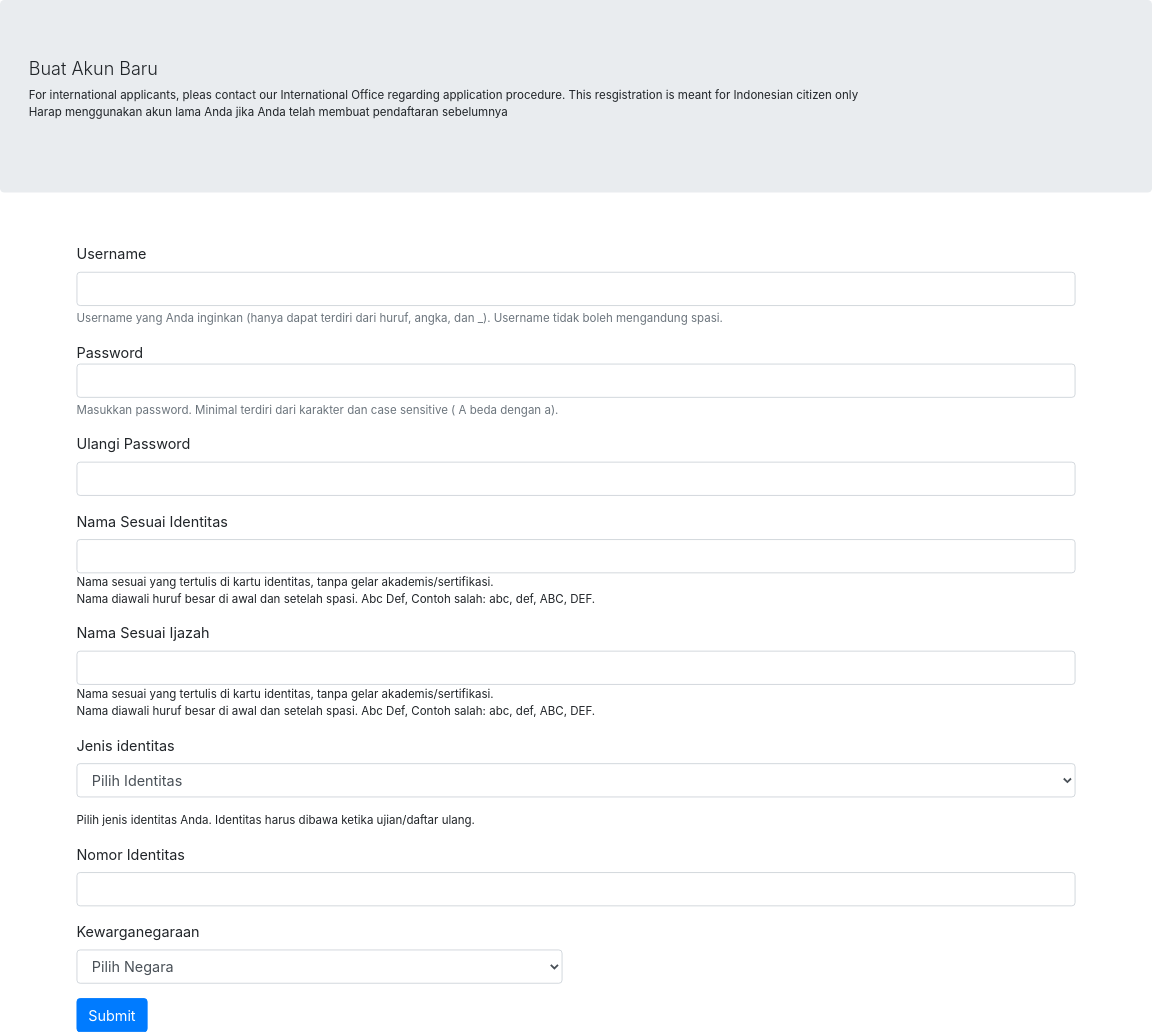
Repository: Irantsitumorang/projectRepo1
Page: BelajarJS/LatihanHTML/WebContent/regist.html
The author's editor kept a copy of each file at every save. The page is drawn from the files as they stood at one save, then again after the next save.
The browser window is 1280 px wide. The pictures show the whole page, at 90% of full size.

Above is the page before, as saved 2021-06-25 06:58:51.

### BelajarJS/LatihanHTML/WebContent/regist.html
<!DOCTYPE html>
<html lang="en">

<head>

    <title> Validasi </title>
    <link rel="stylesheet" href="https://stackpath.bootstrapcdn.com/bootstrap/4.4.1/css/bootstrap.min.css" integrity="sha384-Vkoo8x4CGsO3+Hhxv8T/Q5PaXtkKtu6ug5TOeNV6gBiFeWPGFN9MuhOf23Q9Ifjh" crossorigin="anonymous">

</head>

<body>

    <div class="jumbotron">
        <h1 class="lead"> Buat Akun Baru </h1>
        <p class="small"> For international applicants, pleas contact our International Office regarding application procedure. This resgistration is meant for Indonesian citizen only <br> Harap menggunakan akun lama Anda jika Anda telah membuat pendaftaran sebelumnya
        </p>
    </div>
    <br>


    <div class="container">
        <form>

            <div class="form-group">
                <label for="exampleInputEmail1"> Username </label>
                <input type="text" class="form-control" id="username" aria-describedby="emailHelp">
                <small class="form-text text-muted"> Username
                        yang Anda inginkan (hanya dapat terdiri dari huruf,
                        angka, dan _). Username tidak boleh mengandung spasi.
                    </small>
            </div>

            <div class="form-group">
                <label"> Password </label>
                <input type="password" class="form-control" >
                <small class="form-text text-muted" id="password"> Masukkan
                        password. Minimal terdiri dari karakter dan case
                        sensitive ( A beda dengan a). </small>
            </div>

            <div class="form-group">
                <label> Ulangi Password </label>
                <input type="email" class="form-control" id="ulangi" >
            </div>

            <div class="form-group">
                <label> Nama Sesuai Identitas </label>
                <input type="email" class="form-control" id="identitas" >
                <p class="small"> Nama sesuai yang tertulis di kartu identitas, tanpa gelar akademis/sertifikasi. <br> Nama diawali huruf besar di awal dan setelah spasi. Abc Def, Contoh salah: abc, def, ABC, DEF. </p>
            </div>

            <div class="form-group">
                <label> Nama Sesuai Ijazah </label>
                <input type="text" class="form-control" id="ijazah" >
                <p class="small"> Nama sesuai yang tertulis di kartu identitas, tanpa gelar akademis/sertifikasi. <br> Nama diawali huruf besar di awal dan setelah spasi. Abc Def, Contoh salah: abc, def, ABC, DEF. </p>
            </div>

            <div class="row">
                <div class="col-md-12">
                    <div class="form-group" id="ji">
                        <label> Jenis identitas </label>
                        <Select class="form-control">
                                <option> Pilih Identitas </option>
                                <option> KTP </option>
                                <option> SIM </option>
                                <option> Passpord </option>
                                <option> Lainnya </option>
                            </select>
                    </div>
                    <p class="small"> Pilih jenis identitas Anda. Identitas harus dibawa ketika ujian/daftar ulang. </p>
                </div>
            </div>

            <div class="form-group">
                <label> Nomor Identitas </label>
                <input type="email" class="form-control" id="noidentitas" >
            </div>

            <div class="row">
                <div class="col-md-6">
                    <div class="form-group" id="negara">
                        <label> Kewarganegaraan </label>
                        <Select class="form-control">
                                <option> Pilih Negara </option>
                                <option> Republik Indonesia </option>
                                <option> Wakanda </option>
                                <option> Wkwk Land </option>
                                <option> Lainnya </option>
                            </select>
                    </div>
                </div>
            </div>

            <button type="submit" class="btn btn-primary">Submit</button> <br/>
        </form>

    </div>

</body>

<script type="text/javascript">
    // elemen input
    var Username = document.getElementById("Username");
    var Password = document.getElementById("Password");
    var usia = document.getElementById("usia");
    var gelar = document.getElementById("gelar");

    // red text
    var vNama = document.getElementById("vNama");
    var vAlamat = document.getElementById("vAlamat");
    var vUsia = document.getElementById("vUsia");
    var vGelar = document.getElementById("vGelar");

    // condition
    function validasi() {
        if (nama.value == "") {
            vNama.style.display = "block";
        } else {
            vNama.style.display = "none";
        }

        if (alamat.value == "") {
            vAlamat.style.display = "block";
        } else {
            vAlamat.style.display = "none";
        }

        if (usia.value == "") {
            vUsia.style.display = "block";
        } else {
            vUsia.style.display = "none";
        }

        if (gelar.value == "") {
            vGelar.style.display = "block";
        } else {
            vGelar.style.display = "none";
        }
    }
</script>

</html>

After the next save:
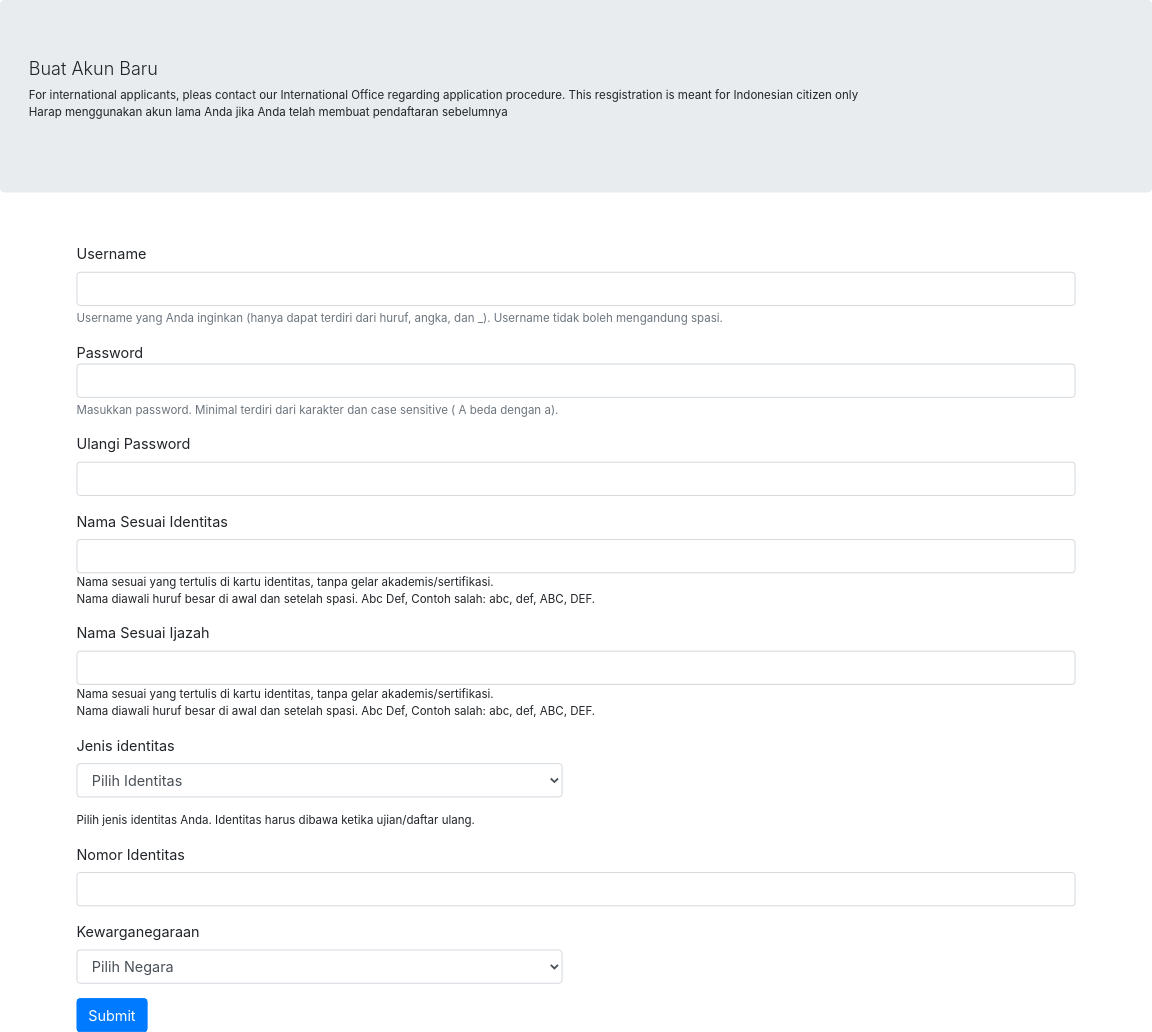
Saved 71 s later.
--- a/BelajarJS/LatihanHTML/WebContent/regist.html
+++ b/BelajarJS/LatihanHTML/WebContent/regist.html
@@ -21,7 +21,7 @@
     <div class="container">
         <form>
 
-            <div class="form-group">
+            <div class="form-group" class="col-md-6">
                 <label for="exampleInputEmail1"> Username </label>
                 <input type="text" class="form-control" id="username" aria-describedby="emailHelp">
                 <small class="form-text text-muted"> Username
@@ -30,7 +30,7 @@
                     </small>
             </div>
 
-            <div class="form-group">
+            <div class="form-group" class="col-md-6">
                 <label"> Password </label>
                 <input type="password" class="form-control" >
                 <small class="form-text text-muted" id="password"> Masukkan
@@ -38,25 +38,25 @@
                         sensitive ( A beda dengan a). </small>
             </div>
 
-            <div class="form-group">
+            <div class="form-group" class="col-md-6">
                 <label> Ulangi Password </label>
                 <input type="email" class="form-control" id="ulangi" >
             </div>
 
-            <div class="form-group">
+            <div class="form-group" class="col-md-6">
                 <label> Nama Sesuai Identitas </label>
                 <input type="email" class="form-control" id="identitas" >
                 <p class="small"> Nama sesuai yang tertulis di kartu identitas, tanpa gelar akademis/sertifikasi. <br> Nama diawali huruf besar di awal dan setelah spasi. Abc Def, Contoh salah: abc, def, ABC, DEF. </p>
             </div>
 
-            <div class="form-group">
+            <div class="form-group" class="col-md-6" >
                 <label> Nama Sesuai Ijazah </label>
                 <input type="text" class="form-control" id="ijazah" >
                 <p class="small"> Nama sesuai yang tertulis di kartu identitas, tanpa gelar akademis/sertifikasi. <br> Nama diawali huruf besar di awal dan setelah spasi. Abc Def, Contoh salah: abc, def, ABC, DEF. </p>
             </div>
 
             <div class="row">
-                <div class="col-md-12">
+                <div class="col-md-6">
                     <div class="form-group" id="ji">
                         <label> Jenis identitas </label>
                         <Select class="form-control">
